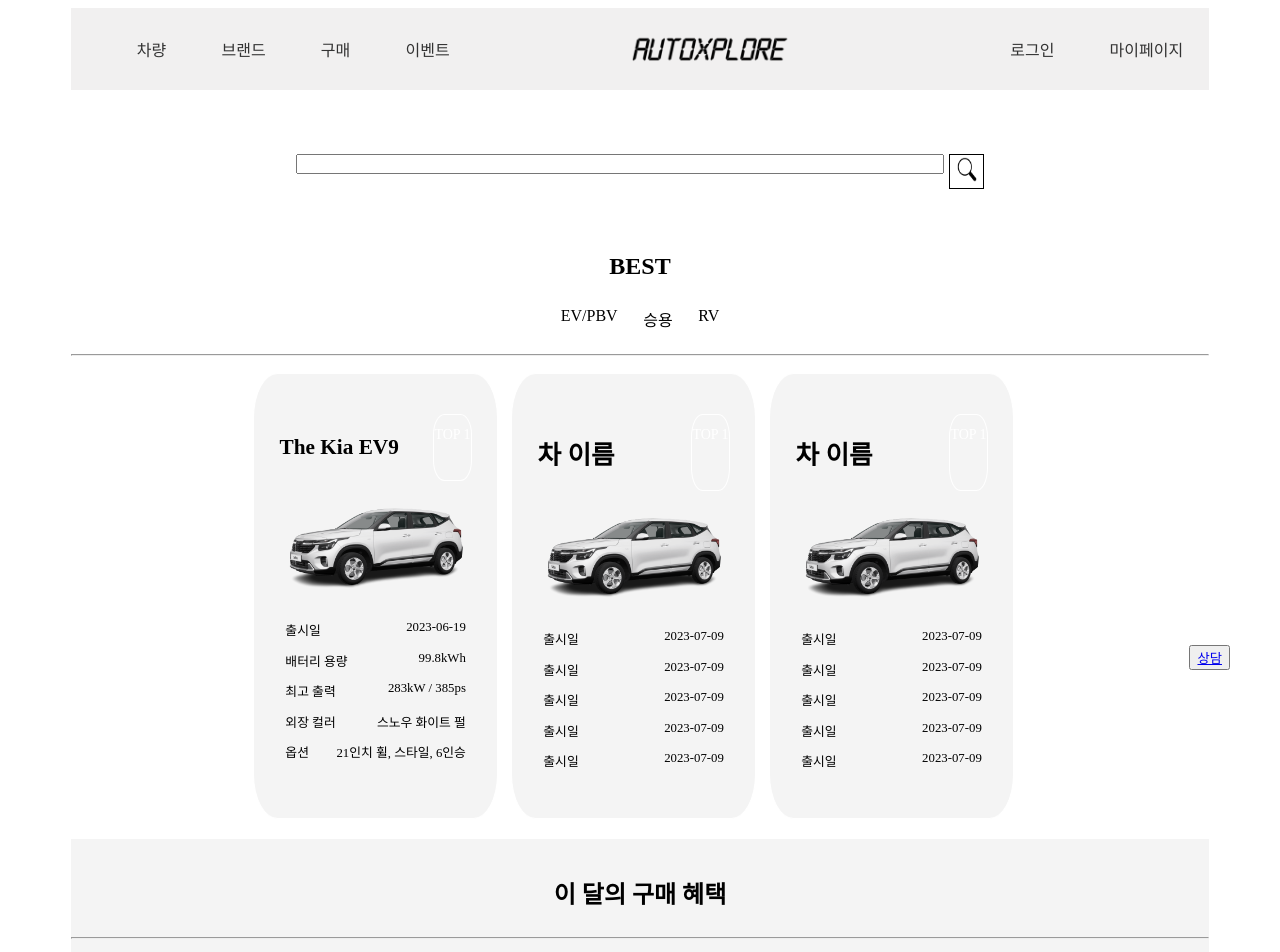
Repository: Autoxplore/Autoxplore
Page: mainPage.html
These files come from the project's save history. The page is drawn as it stood at one moment and after the next save; the edit follows.
The browser window is 1280 px wide. The pictures show the part of the page from y = 0 to 952 px (the page is 2826 px tall).
A picture or video elsewhere on the page could not be fetched, so the positions and the page height are approximate.

Above is the page before, as saved 2023-08-03 14:09:54.

### mainPage.html
<!DOCTYPE html>
<html lang="en">
<head>
    <meta charset="UTF-8">
    <meta name="viewport" content="width=device-width, initial-scale=1.0">
    <title>AUTOXPLORE MAIN</title>
    <link rel="stylesheet" href="harin_css/mainPage.css">
</head>
<body>
    <div id="wrap">
        <header>
            <nav class="header1">
                <ul>
                    <li><a href="#">차량</a></li>
                    <li><a href="#">브랜드</a></li>
                    <li><a href="#">구매</a></li>
                    <li><a href="#">이벤트</a></li>
                </ul>
            </nav>
                <a href="#" title="메인 페이지로 이동" ><img class="logo" src="image/logo/autoxplore.png" alt="AUTOXPLORE 로고"></a>
            <nav class="header2">
                <ul>
                    <li><a href="#">로그인</a></li>
                    <li><a href="#">마이페이지</a></li>
                </ul>
            </nav>
        </header>
        <section class="search">
            <input type="text">
            <button type="button" onclick="alert('click!')"><img src="image/search/search.png" alt="검색"></button>
        </section>
        <div>
            <div class="best">
                <h2>BEST</h2>
                <div>
                    <ul>
                        <li><a href="#">EV/PBV</a></li>
                        <li><a href="#">승용</a></li>
                        <li><a href="#">RV</a></li>
                    </ul>
                </div>
                <hr>
            </div>
            <div id="wrap1">
                <div class="bestContent">
                    <section class="car1">
                        <div class="cartop">
                            <h5>The Kia EV9</h5>
                            <p>TOP 1</p>
                        </div>
                        <div class="carContent">
                            <img class="carImg" src="/image/car/kia/seltos.png" alt="top1 car">
                            <ul>
                                <li>
                                    <div>출시일</div>
                                    <div>2023-06-19</div>
                                </li>
                                <li>
                                    <div>배터리 용량</div>
                                    <div>99.8kWh</div>
                                </li>
                                <li>
                                    <div>최고 출력</div>
                                    <div>283kW / 385ps</div>
                                </li>
                                <li>
                                    <div>외장 컬러</div>
                                    <div>스노우 화이트 펄</div>
                                </li>
                                <li>
                                    <div>옵션</div>
                                    <div>21인치 휠, 스타일, 6인승</div>
                                </li>
                            </ul>
                        </div>
                    </section>
                    <section class="car1">
                        <div class="cartop">
                            <h4>차 이름</h4>
                            <p>TOP 1</p>
                        </div>
                        <div class="carContent">
                            <img class="carImg" src="/image/car/kia/seltos.png" alt="top1 car">
                            <ul>
                                <li>
                                    <div>출시일</div>
                                    <div>2023-07-09</div>
                                </li>
                                <li>
                                    <div>출시일</div>
                                    <div>2023-07-09</div>
                                </li>
                                <li>
                                    <div>출시일</div>
                                    <div>2023-07-09</div>
                                </li>
                                <li>
                                    <div>출시일</div>
                                    <div>2023-07-09</div>
                                </li>
                                <li>
                                    <div>출시일</div>
                                    <div>2023-07-09</div>
                                </li>
                            </ul>
                        </div>
                    </section>
                    <section class="car1">
                        <div class="cartop">
                            <h4>차 이름</h4>
                            <p>TOP 1</p>
                        </div>
                        <div class="carContent">
                            <img class="carImg" src="/image/car/kia/seltos.png" alt="top1 car">
                            <ul>
                                <li>
                                    <div>출시일</div>
                                    <div>2023-07-09</div>
                                </li>
                                <li>
                                    <div>출시일</div>
                                    <div>2023-07-09</div>
                                </li>
                                <li>
                                    <div>출시일</div>
                                    <div>2023-07-09</div>
                                </li>
                                <li>
                                    <div>출시일</div>
                                    <div>2023-07-09</div>
                                </li>
                                <li>
                                    <div>출시일</div>
                                    <div>2023-07-09</div>
                                </li>
                            </ul>
                        </div>
                    </section>
                </div>
            </div>
        </div>
        <div class="monthBenefit">
            <h2 class="benefit">이 달의 구매 혜택</h2>
            <hr>
            <div class="benefitContent">
                <section class="car2">
                    <div class="cartop2">
                        <h4>차 이름</h4>
                        <p>TOP 1</p>
                    </div>
                    <div class="carContent2">
                        <img class="carImg" src="/image/car/kia/seltos.png" alt="benefit car">
                        <ul>
                            <li>
                                <div>월</div>
                                <div>1,005,799원</div>
                            </li>
                        </ul>
                    </div>
                </section>
                <section class="car2">
                    <div class="cartop2">
                        <h4>차 이름</h4>
                        <p>TOP 1</p>
                    </div>
                    <div class="carContent2">
                        <img class="carImg" src="/image/car/kia/seltos.png" alt="benefit car">
                        <ul>
                            <li>
                                <div>월</div>
                                <div>1,005,799원</div>
                            </li>
                        </ul>
                    </div>
                </section>
                <section>
                    <section class="car2">
                        <div class="cartop2">
                            <h4>차 이름</h4>
                            <p>TOP 1</p>
                        </div>
                        <div class="carContent2">
                            <img class="carImg" src="/image/car/kia/seltos.png" alt="benefit car">
                            <ul>
                                <li>
                                    <div>월</div>
                                    <div>1,005,799원</div>
                                </li>
                            </ul>
                        </div>
                    </section>
                </section>
            </div>
            <div class="best">
                <ul>
                    <li><a href="#">카니발</a></li>
                    <li><a href="#">쏘렌토</a></li>
                    <li><a href="#">K8</a></li>
                </ul>
                <hr>
            </div>
            <div>
                <section class="calculate">
                    <div>
                        <h4>할부 계산기</h4>
                    </div>
                    <div>
                        <ul>
                            <li>
                                <div>선수금</div>
                                <input type="range">
                                <input type="text">
                            </li>
                            <li>
                                <div>할부 기간</div>
                                <input type="range">
                                <input type="text">
                            </li>
                            <li>
                                <div>할부 상품</div>
                                <input type="text">
                                <input type="text">
                            </li>
                            <li>
                                <div>total</div>
                            </li>
                        </ul>
                    </div>
                </section>
            </div>
        </div>
        <hr>
        <div class="news">
            <h2>NEWS</h2>
            <article>
                <section class="newsContent">
                    <div class="newsDetail">
                        <h4>우리 소식</h4>
                        <h3>소식 제목</h3>
                        <p>내용내용</p>
                        <br>
                        <input type="button">
                    </div>
                    <div>
                        <img src="image/car/kia/seltos_bg.png" alt="news image">
                    </div>
                </section>
            </article>
        </div>
        <div>
            <section class="newsPre">
                <ul>
                    <li>
                        <div><a href="#">뉴스
                            <br>
                            내용내용
                        </a></div>
                    </li>
                    <li>
                        <div><a href="#">뉴스
                            <br>
                            내용내용
                        </a></div>
                    </li>
                    <li>
                        <div><a href="#">뉴스
                            <br>
                            내용내용
                        </a></div>
                    </li>
                </ul>
            </section>
            <hr>
        </div>
    </div>
    <button class="consult"><a href="#">상담</a></button>
    </div>
        <footer><p>footer 입니다</p></footer>
</body>
</html>

### harin_css/mainPage.css
@media screen and (min-width:1024px),
screen and (min-height:1024px) and (orientation:landscape){

    #wrap{
        width: 90%;
        margin: 0 auto;
    }

    /* 헤더 */
    header{
        display: flex;
        flex-direction: row;
        justify-content: space-between;
        align-items: center;
        background: rgba(220, 216, 216, 0.39);
        margin: 0 auto;
    }

    nav{
        display: flex;
        flex-direction: row;
        justify-content: space-between;
        flex-wrap: wrap;
    }

    .header1{
        margin-right: auto;
    }

    .header2{
        margin-left: auto;
    }

    .logo{
        width: 10rem;
        display: block;
        margin: 0 auto;
    }

    nav ul li{
        display: inline-block;
        list-style: none;
        margin: 1vw;
    }

    nav li a{
        text-decoration: none;
        color: #333;
        padding: 1vw;
    }

    nav li a:hover{
        background-color: rgba(106, 106, 106, 0.497);
        color: white;
        border-radius: 5%;
        padding: 1vw;
    }

    /* 검색창 */
    .search{
        display: flex;
        justify-content: center;
        margin: 5vw;
    }

    .search input[type="text"]{
        width: 50vw;
        height: 2vh;
    }

    .search button{
        width: 35px;
        height: 35px;
        margin-left: 5px;
        background-color: transparent;
        border : 1px solid rgb(0, 0, 0);
    }

    .search button:hover{
        background-color: #b9b9b9;
    }

    .search button img{
        width: 20px;
        height: 25px;
    }

    /* best 섹션 */
    /* best 헤더 */
    .best h2{
        text-align: center;
    }

    .best ul{
        display: flex;
        justify-content: center;
        padding: 1vh;
    }

    .best ul li{
        display: inline-block;
        justify-content: center;
    }

    .best ul li:hover{
        font-weight: bold;
        text-decoration: underline;
    }

    .best ul li a{
        text-decoration: none;
        color: rgb(0, 0, 0);
        padding: 1vw;
    }

    /* best 내용 */
    #wrap1{
        width: 50%;
        margin: 0 auto;
    }

    .bestContent{
        display: flex;
        flex-direction: row;
        justify-content: center;
        margin: 3%;
    }

    .car1{
        width: 20vw;
        height: auto;
        background-color: rgba(192, 192, 192, 0.185);
        border: 1px solid rgb(255, 255, 255);
        border-radius: 10%;
        padding: 2vw;
        margin-right: 1vw;
    }

    .cartop{
        display: flex;
        flex-direction: row;
        justify-content: space-between;
        font-size: 2vw;
    }

    .cartop p{
        color: white;
        border : 1px solid white;
        border-radius: 30%;
        line-height: 40px;
        font-size:14px;
        position: relative;
    }

    .carImg{
        display: block;
        width: 20vw;
        height: auto;
    }

    .carContent ul{
        padding: 0;
    }

    .carContent ul li {
        display: flex;
        flex-direction: row;
        justify-content: space-between;
        padding: 3%;
        margin : 0;
        font-size: 1vw;
    }

    /* 이 달의 구매 혜택 섹션 */
    .monthBenefit{
        background-color: rgba(240, 240, 240, 0.747);
    }
    /* 이 달의 구매 혜택 헤더 */
    .benefit{
        text-align: center;
        padding: 5vh;
        padding-bottom: 1vh;
    }

    /* 이 달의 구매 혜택 내용 */
    .benefitContent{
        display: flex;
        flex-direction: row;
        justify-content: space-between;
        margin: 3%;
    }

    .car2{
        width: 15vw;
        background-color: rgba(192, 192, 192, 0.523);
        border: 1px solid rgb(255, 255, 255);
        border-radius: 10%;
        padding: 2vw;
        margin-bottom: 5vh;
    }

    .cartop2{
        display: flex;
        flex-direction: row;
        justify-content: space-between;
    }

    .cartop2 p{
        color: white;
        border : 1px solid white;
        border-radius: 30%;
        font-size:8px;
    }

    .carImg{
        display: block;
        width: 15vw;
        height: auto;
    }

    .carContent2 ul{
        padding: 0;
    }

    .carContent2 ul li {
        display: flex;
        flex-direction: row;
        justify-content: space-between;
        padding: 5%;
        margin : 0;
    }

    .calculate{
        display: block;
        justify-content: center;
        background-color: rgba(192, 192, 192, 0.523);
        border: 1px solid rgb(255, 255, 255);
        border-radius: 10%;
        width: 50vw;
        height: auto;
        margin: 5vw;
    }

    .calculate h4{
        padding: 2vw;
    }

    .calculate ul{
        margin: 0;
    }

    .calculate ul li{
        display: flex;
        flex-direction: row;
        justify-content: space-between;
        align-items: center;
        padding: 1%;
    }

    /* news 섹션 */
    .news h2{
        text-align: center;
    }

    .newsContent{
        display: flex;
        flex-direction: row;
        justify-content: space-between;
        margin: 0 auto;
        background-color: rgb(186, 186, 186);
    }

    .newsDetail{
        margin: 3vw;
    }

    .newsContent img{
        width:60vw;
        height: auto;
    }

    .newsPre ul{
        display: flex;
        flex-direction: row;
        justify-content: space-between;
        flex-wrap: wrap;
    }

    .newsPre ul li{
        display: inline-block;
    }

    .newsPre ul li a{
        color: black;
        text-decoration: none;
    }

    /* 상담 버튼 */
    .consult{
        position: fixed;
        bottom: 50px;
        right: 50px;
    }


    /* footer 섹션 */
    footer{
        background-color: rgb(0, 0, 0);
    }

    footer p{
        padding: 10vw;
        color: white;
    }






}

After the next save:
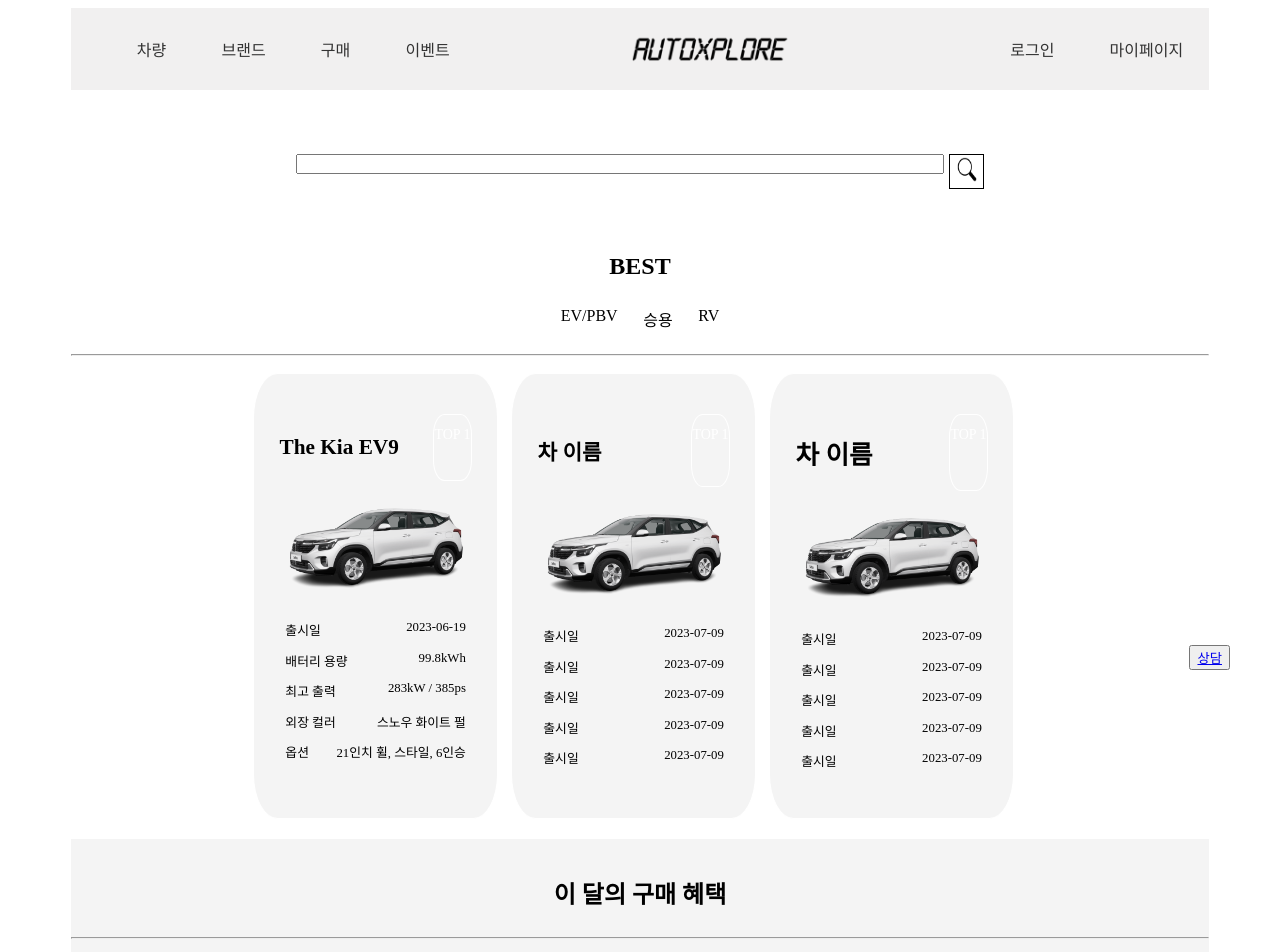
Saved 18 s later.
--- a/mainPage.html
+++ b/mainPage.html
@@ -76,7 +76,7 @@
                     </section>
                     <section class="car1">
                         <div class="cartop">
-                            <h4>차 이름</h4>
+                            <h5>차 이름</h5>
                             <p>TOP 1</p>
                         </div>
                         <div class="carContent">
